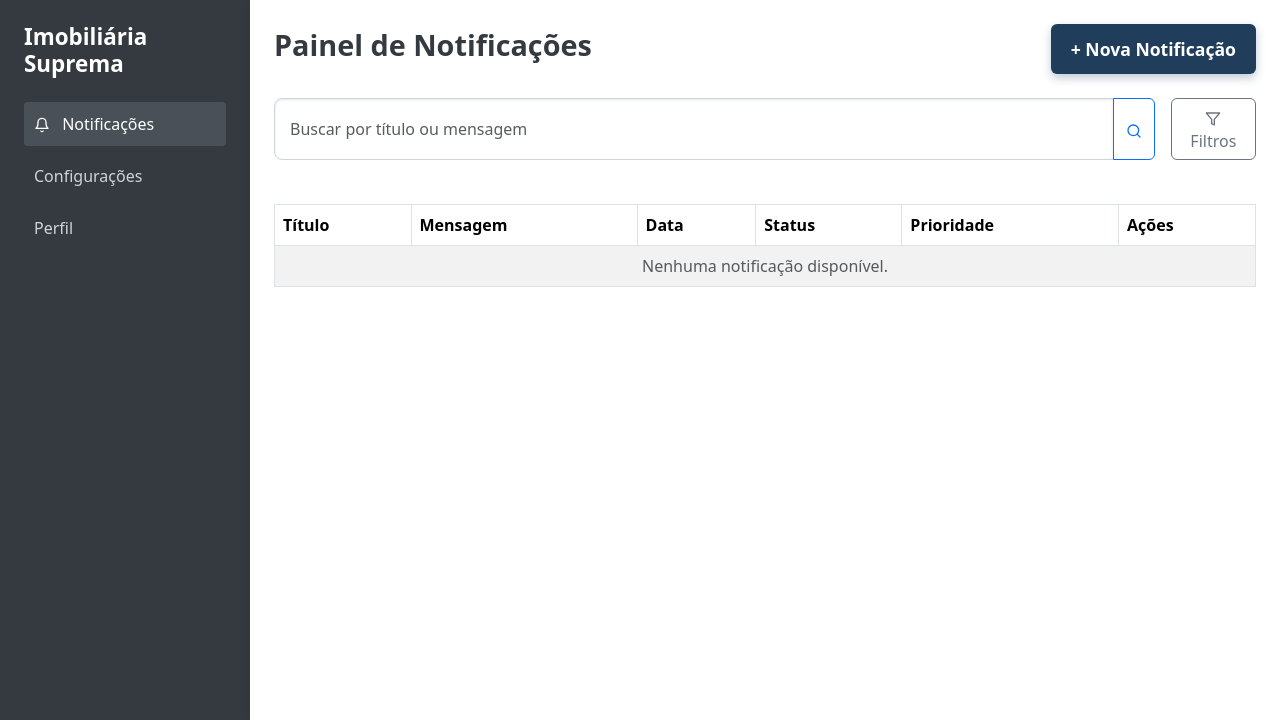
Repository: ryanmarinhodev/Supremo-teste-tecnico
Page: /notifications
The author's editor kept a copy of each file at every save. The page is drawn from the files as they stood at one save, then again after the next save.
The browser window is 1280 px wide. The pictures show the whole page.
The project was rebuilt for these pictures with package versions that can differ from the ones it lists, and the page was loaded fresh each time. Also part of the build but not shown: src/App.css, src/Components/Login/index.jsx.

Above is the page before, as saved 2024-11-07 18:01:49.

After the next save:
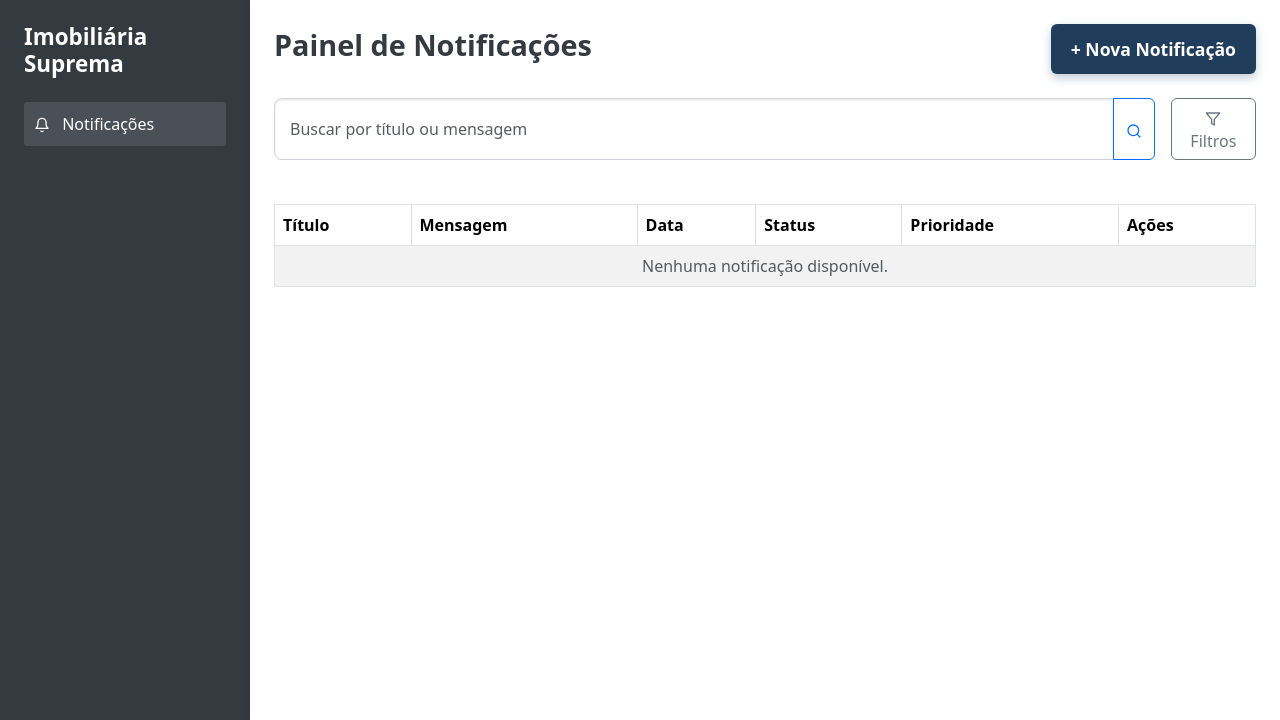
Saved 58 s later.
--- a/src/Components/Notifications/notification.jsx
+++ b/src/Components/Notifications/notification.jsx
@@ -104,16 +104,6 @@ const EnhancedNotificationsDashboard = () => {
           <li className="nav-item mb-2">
             <a href="/notifications" className="nav-link active">
               <FiBell className="me-2" /> Notificações
-            </a>
-          </li>
-          <li className="nav-item mb-2">
-            <a href="/settings" className="nav-link">
-              Configurações
-            </a>
-          </li>
-          <li className="nav-item">
-            <a href="/profile" className="nav-link">
-              Perfil
             </a>
           </li>
         </ul>
